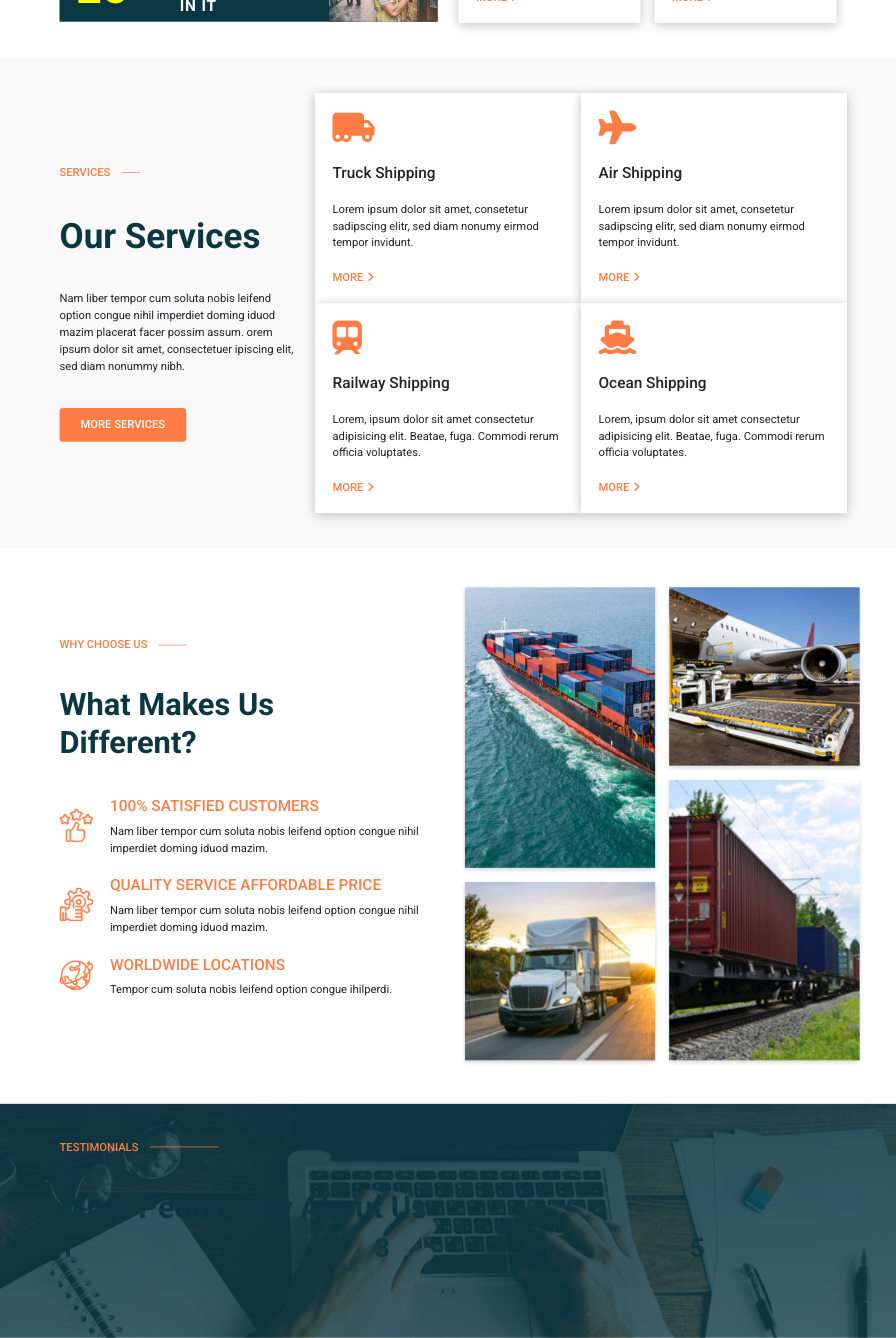
Repository: nazmulalok/shipping-theme
Page: index.html
The author's editor kept a copy of each file at every save. The page is drawn from the files as they stood at one save, then again after the next save.
The browser window is 1280 px wide. The pictures show the part of the page from y = 1630 to 3550 px (the page is 3541 px tall before and 3550 px after), at 70% of full size.
Some web libraries are served in a nearby version.

Above is the page before, as saved 2022-10-09 10:17:28.

After the next save:
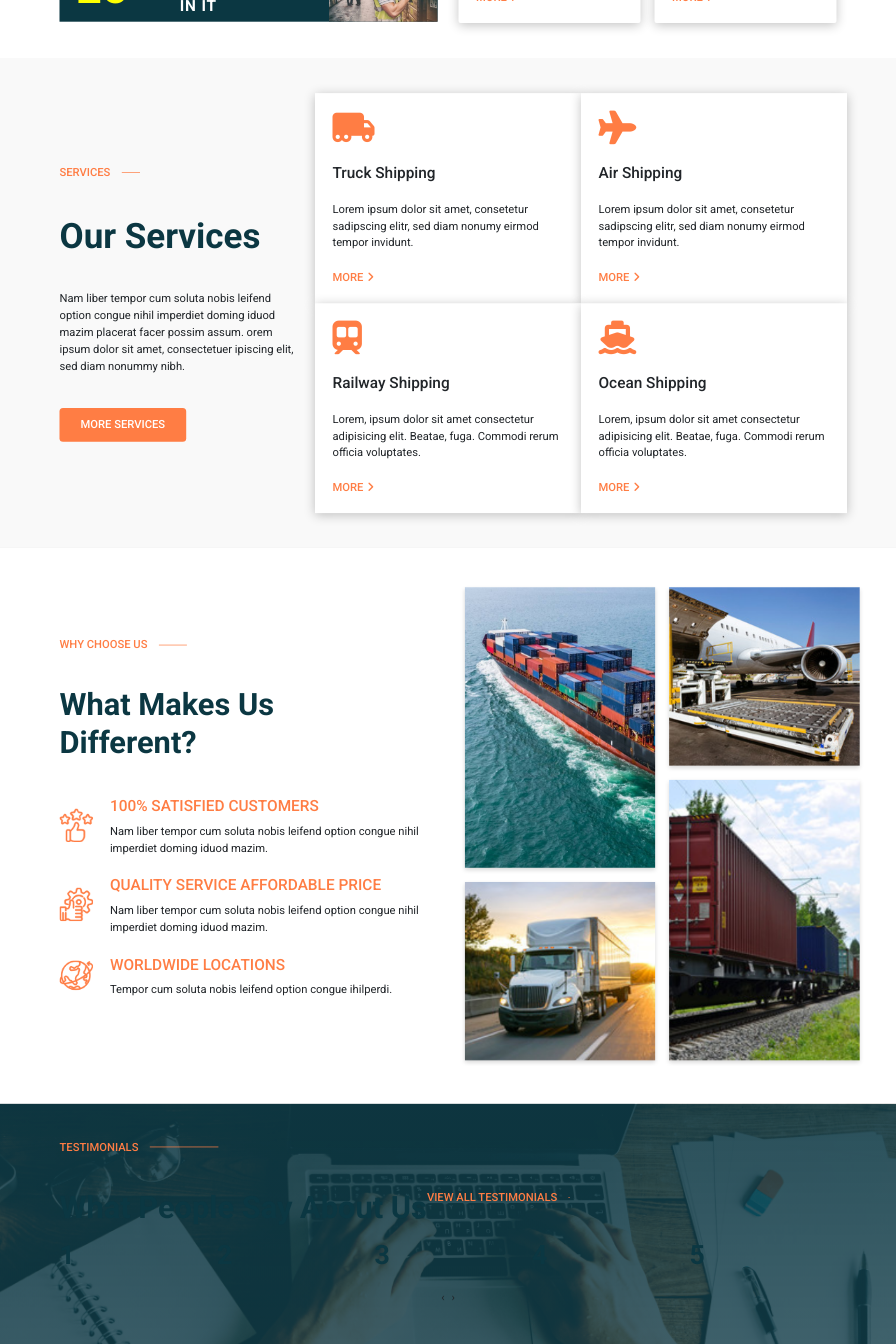
Saved 2 min 28 s later.
--- a/index.html
+++ b/index.html
@@ -279,9 +279,9 @@
         <div class="py-50 testimonial-sec">
             <div class="container">
                 <span class="sp-title">Testimonials</span>
-                <div class="testimonial-heading">
+                <div class="testimonial-heading d-flex">
                     <h3>What People Say About Us</h3>
-                    <span></span>
+                    <span class="sp-title">View All Testimonials</span>
                 </div>
 
 
